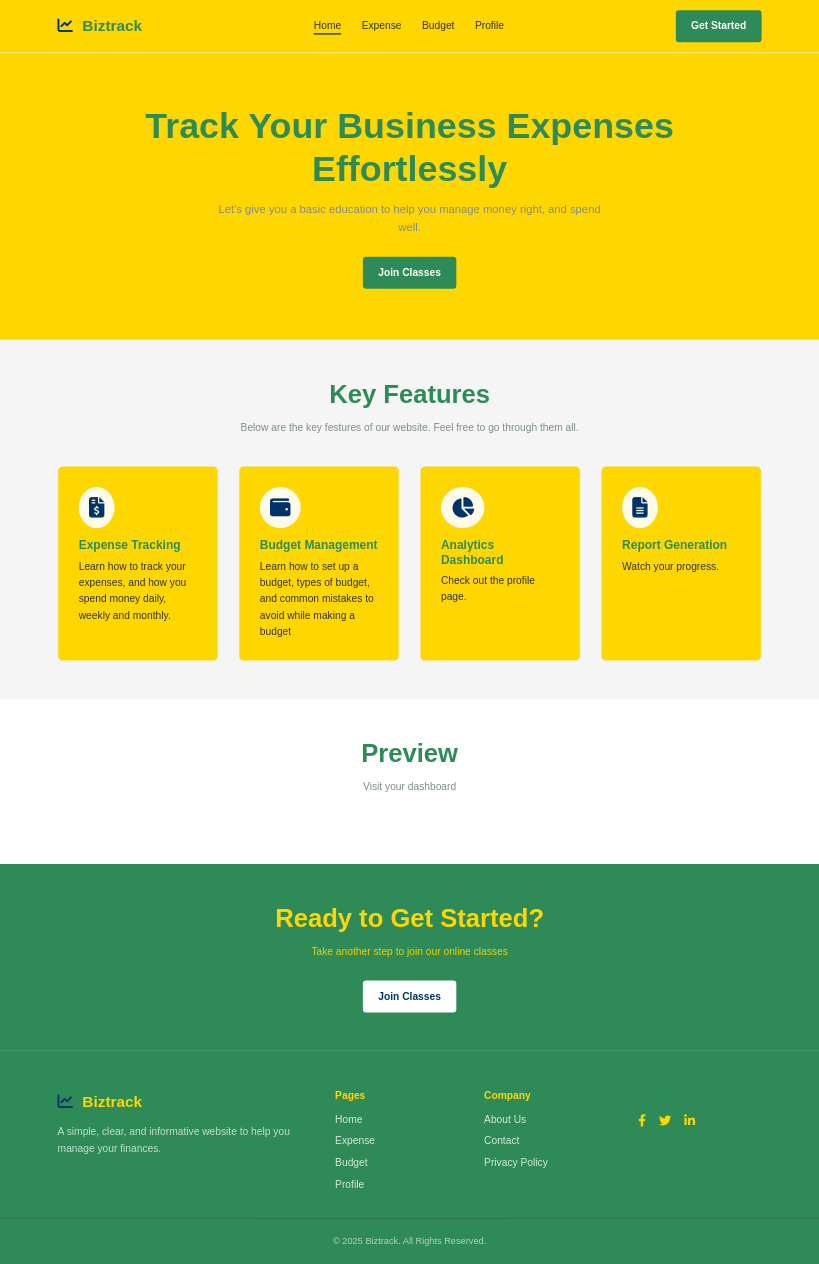
Repository: JoyUdoh106/wdd131
Page: project/index.html
An editor plug-in stored every save of this project. The page is shown before and after the next save, followed by the edit.
The browser window is 1280 px wide. The pictures show the whole page, at 64% of full size.

Above is the page before, as saved 2025-08-10 19:54:07.

After the next save:
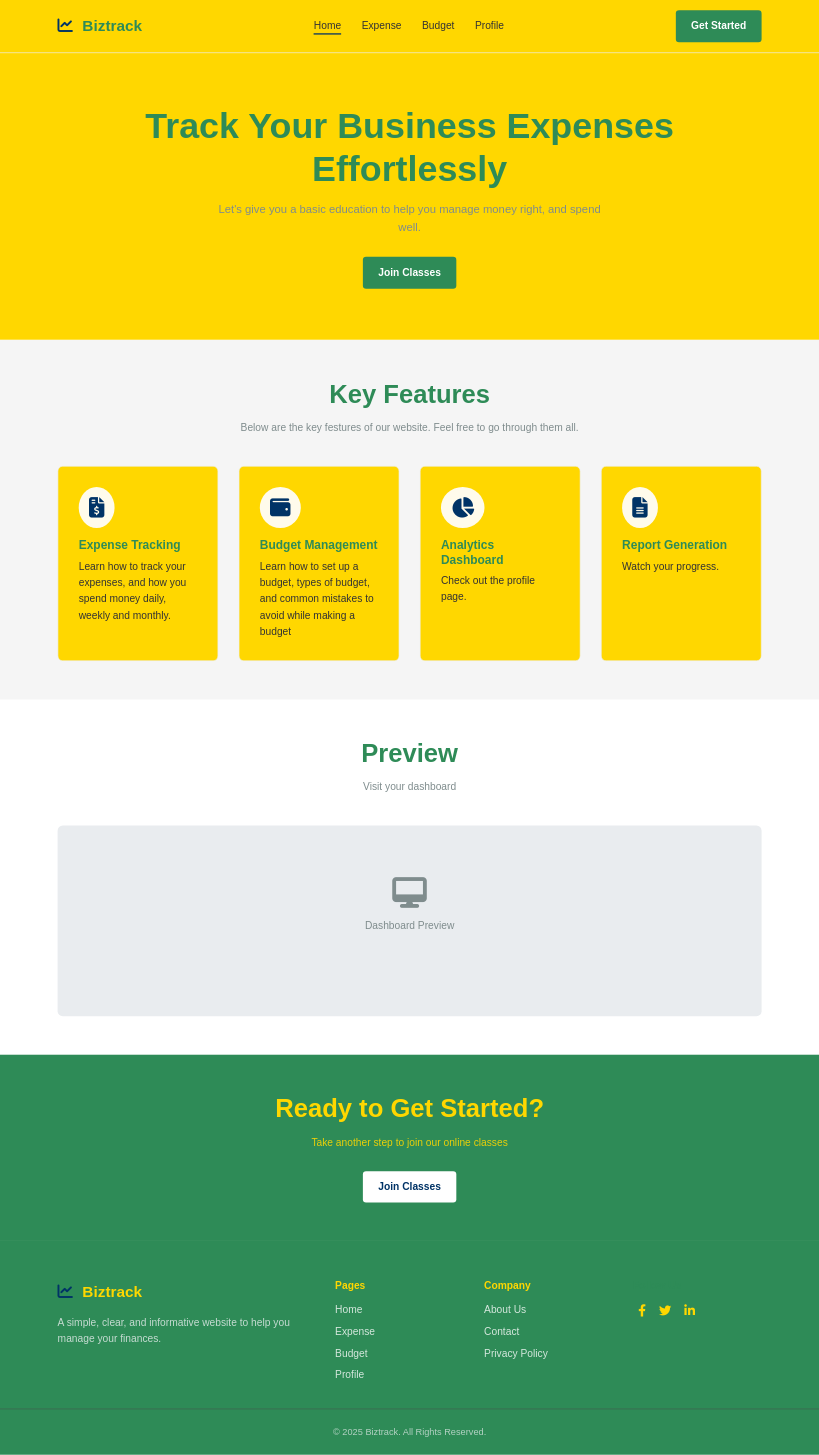
Saved 6 s later.
--- a/project/index.html
+++ b/project/index.html
@@ -84,7 +84,10 @@
             <div class="container">
                 <h2>Preview</h2>
                 <p>Visit your dashboard</p>
-
+                <div class="dashboard-preview reveal">
+                    <i class="fas fa-desktop"></i>
+                    <p>Dashboard Preview</p>
+                </div>
             </div>
         </section>
 
